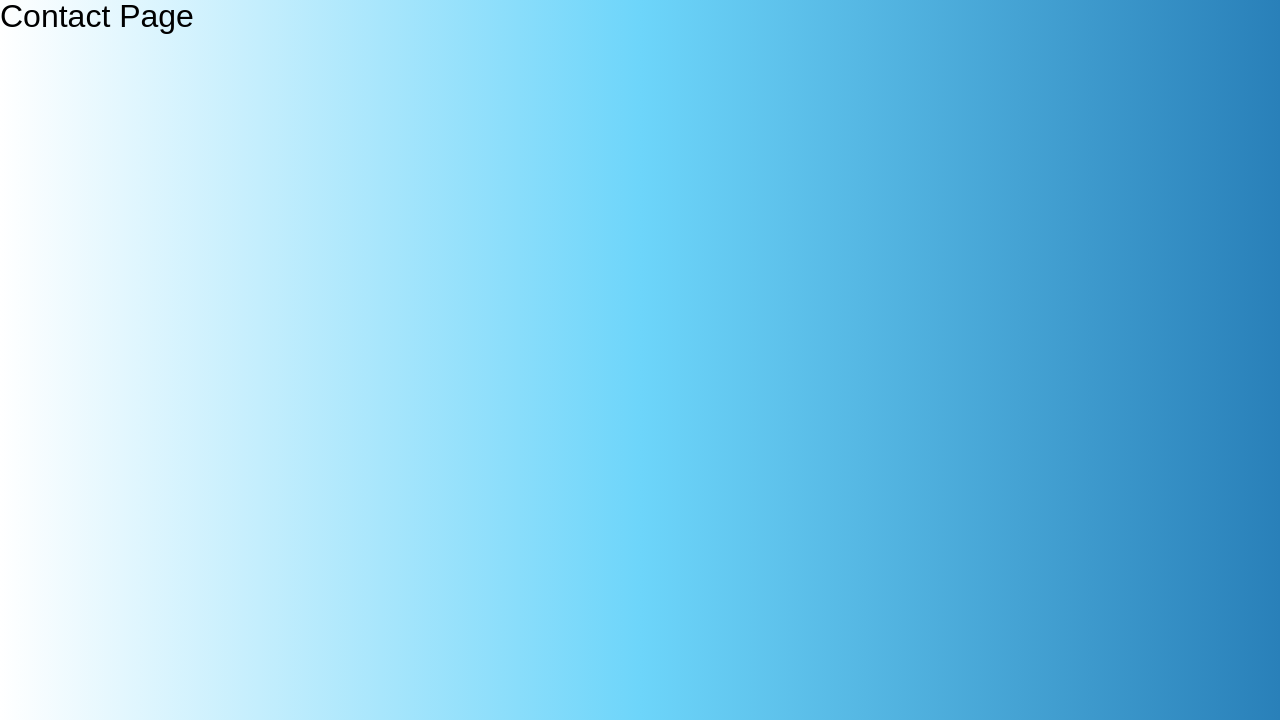
Repository: chashoff/portfolio-winner
Page: /contact (app in reactjs/)
The author's editor kept a copy of each file at every save. The page is drawn from the files as they stood at one save, then again after the next save.
The browser window is 1280 px wide. The pictures show the whole page.
The project was rebuilt for these pictures with package versions that can differ from the ones it lists, and the page was loaded fresh each time. Also part of the build but not shown: reactjs/src/styles/Home.css, reactjs/src/components/gridItem/index.js, reactjs/src/components/social/index.css, reactjs/src/components/social/index.js, reactjs/src/views/Home.js, reactjs/src/views/About.js, reactjs/src/views/Projects.js, reactjs/src/styles/Blog.css and 1 more.

Above is the page before, as saved 2020-07-26 01:23:21.

After the next save:
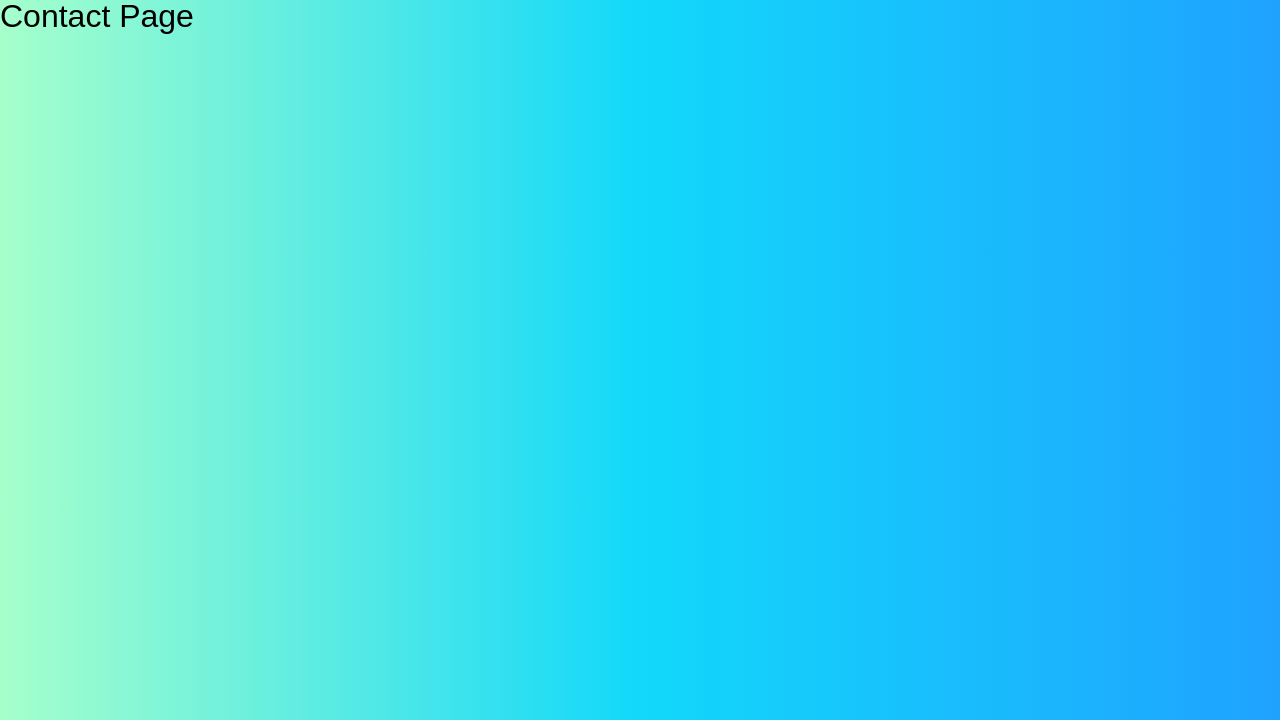
Saved 51 s later.
--- a/reactjs/src/styles/Contact.css
+++ b/reactjs/src/styles/Contact.css
@@ -1,6 +1,7 @@
 .contact-container {
-    background: #2980B9;  /* fallback for old browsers */
-    background: -webkit-linear-gradient(to right, #FFFFFF, #6DD5FA, #2980B9);  /* Chrome 10-25, Safari 5.1-6 */
-    background: linear-gradient(to right, #FFFFFF, #6DD5FA, #2980B9); /* W3C, IE 10+/ Edge, Firefox 16+, Chrome 26+, Opera 12+, Safari 7+ */
+    background: #1FA2FF;  /* fallback for old browsers */
+background: -webkit-linear-gradient(to right, #A6FFCB, #12D8FA, #1FA2FF);  /* Chrome 10-25, Safari 5.1-6 */
+background: linear-gradient(to right, #A6FFCB, #12D8FA, #1FA2FF); /* W3C, IE 10+/ Edge, Firefox 16+, Chrome 26+, Opera 12+, Safari 7+ */
+
     height: 100vh;
 }
